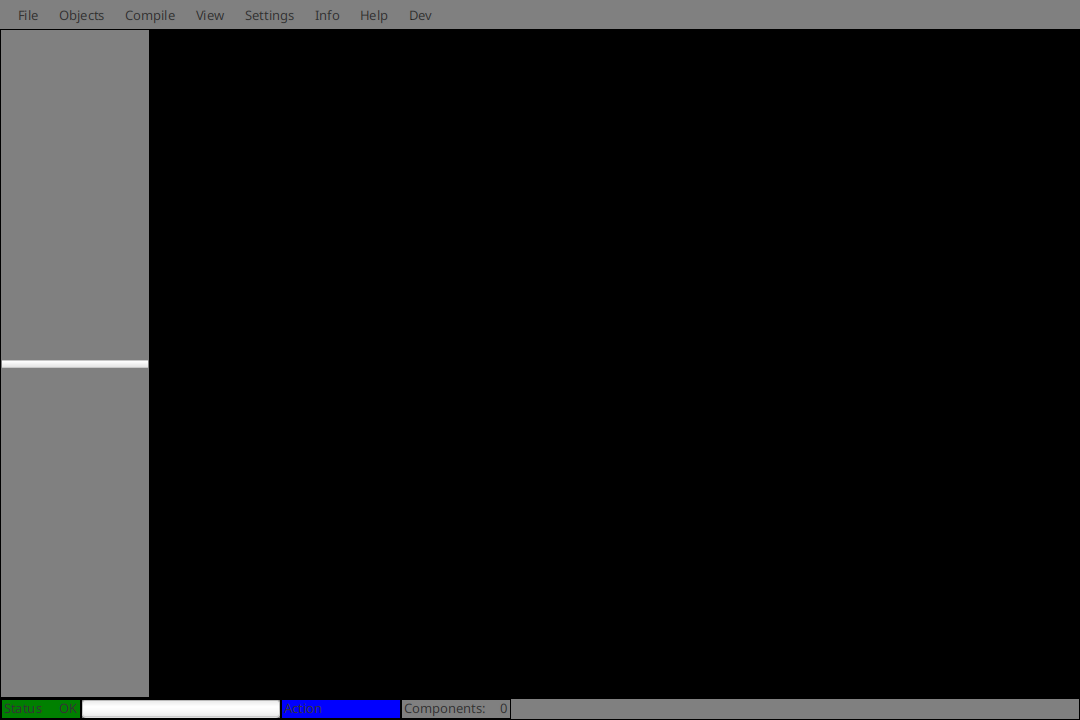
Repository: knoxaramav2/Sapa
Program's window: java nSketch/nSketch/src/system/Launcher.java
These files come from the project's save history. The program's window is drawn as it stood at one moment and after a run of saves; the edit follows.
It runs on Java 21 on a 1366 x 768 screen with JavaFX 11; the title bar is not drawn.

Above is the program's window before, as saved 2016-02-29 03:24:13.

After the next 2 saves:
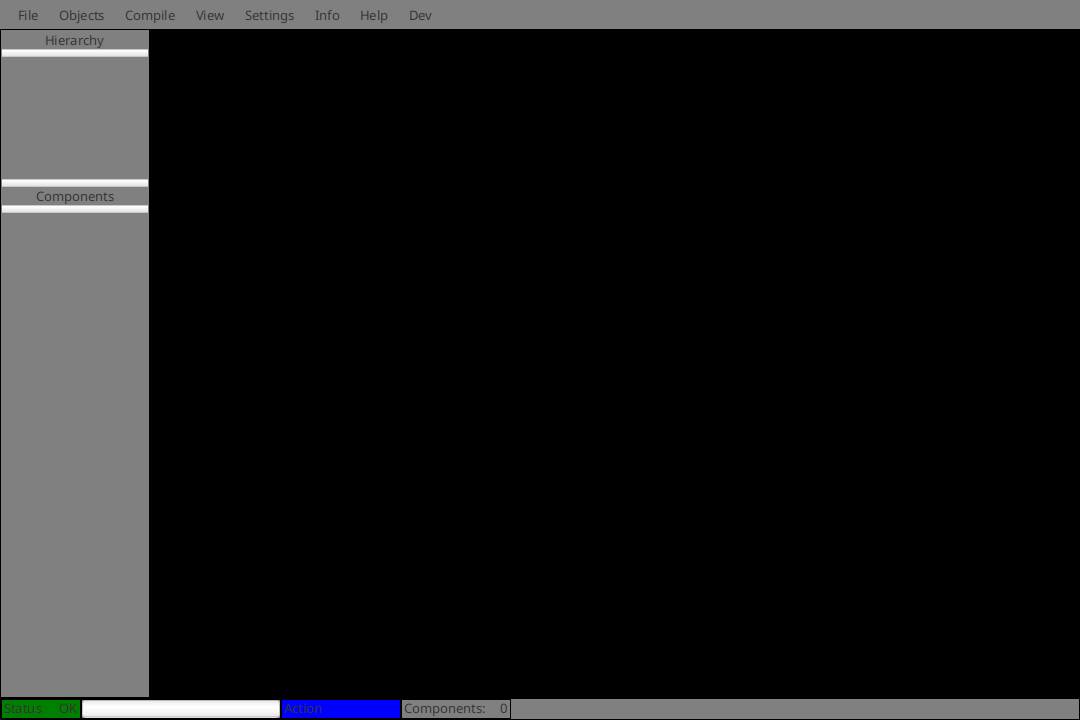
The 2 saves are shown as one change because 1 did not build or start.
The last was saved 54 s later.
--- a/nSketch/nSketch/src/gui/Layout.fxml
+++ b/nSketch/nSketch/src/gui/Layout.fxml
@@ -41,6 +41,7 @@
 		<SplitPane fx:id="lPane" orientation="VERTICAL" style="-fx-background-color:gray; -fx-border-color:black; -fx-border-width:1; -fx-border-style:solid"
 			dividerPositions="0.5" maxHeight="-Infinity" maxWidth="-Infinity" prefHeight="1080" prefWidth="150">
 			<items>
+				<Label text="Hierarchy"/>
 				<ScrollPane fx:id="hierarchyPane" style="-fx-background:gray">
 					<content>
 						<VBox alignment="center">
@@ -48,6 +49,7 @@
 						</VBox>
 					</content>
 				</ScrollPane>
+				<Label text="Components"/>
 				<ScrollPane fx:id="componentPane" style="-fx-background:gray">
 					<content>
 						<VBox alignment="center">
